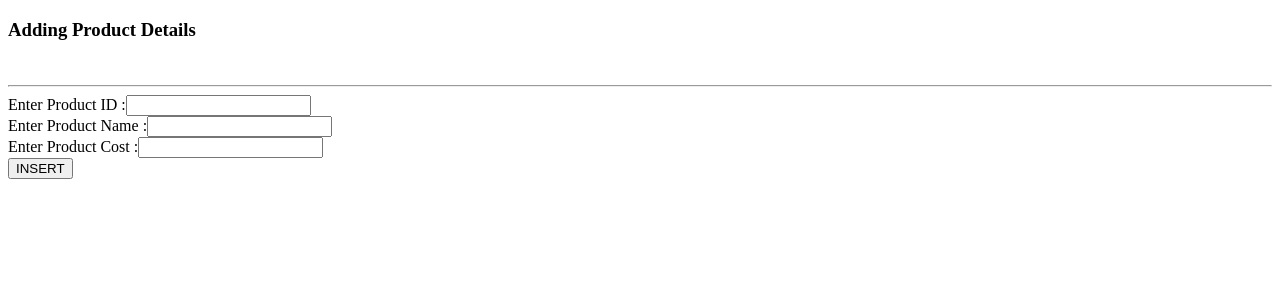
Repository: uaganesh/training
Page: ProductDetails/src/main/webapp/index.html
These files come from the project's save history. The page is drawn as it stood at one moment and after the next save; the edit follows.
The browser window is 1280 px wide. The pictures show the whole page.

Above is the page before, as saved 2022-08-09 03:06:50.

### ProductDetails/src/main/webapp/index.html
<!DOCTYPE html>
<html>
<head>
<meta charset="ISO-8859-1">
<title>Product Details</title>
</head>
<body>
<form action="ProductController" method="post">
<h3>Adding Product Details</h3><br>
<hr>

Enter Product ID :<input type="text" name="pid"><br>
Enter Product Name :<input type="text" name="pname"><br>
Enter Product Cost :<input type="text" name="price"><br>
<input type="submit" value="INSERT">


</form>
</body>
</html>

After the next save:
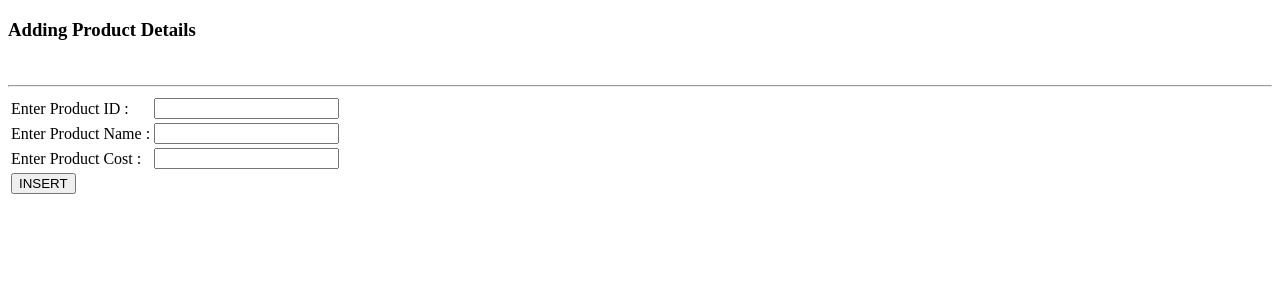
Saved 2 min 33 s later.
--- a/ProductDetails/src/main/webapp/index.html
+++ b/ProductDetails/src/main/webapp/index.html
@@ -8,13 +8,20 @@
 <form action="ProductController" method="post">
 <h3>Adding Product Details</h3><br>
 <hr>
-
-Enter Product ID :<input type="text" name="pid"><br>
-Enter Product Name :<input type="text" name="pname"><br>
-Enter Product Cost :<input type="text" name="price"><br>
-<input type="submit" value="INSERT">
-
-
+<table>
+<tr>
+<td>Enter Product ID :</td><td><input type="text" name="pid"></td>
+</tr>
+<tr>
+<td>Enter Product Name :</td><td><input type="text" name="pname"></td>
+</tr>
+<tr>
+<td>Enter Product Cost :</td><td><input type="text" name="price"></td>
+</tr>
+<tr>
+<td><input type="submit" value="INSERT"></td>
+</tr>
+</table>
 </form>
 </body>
 </html>
